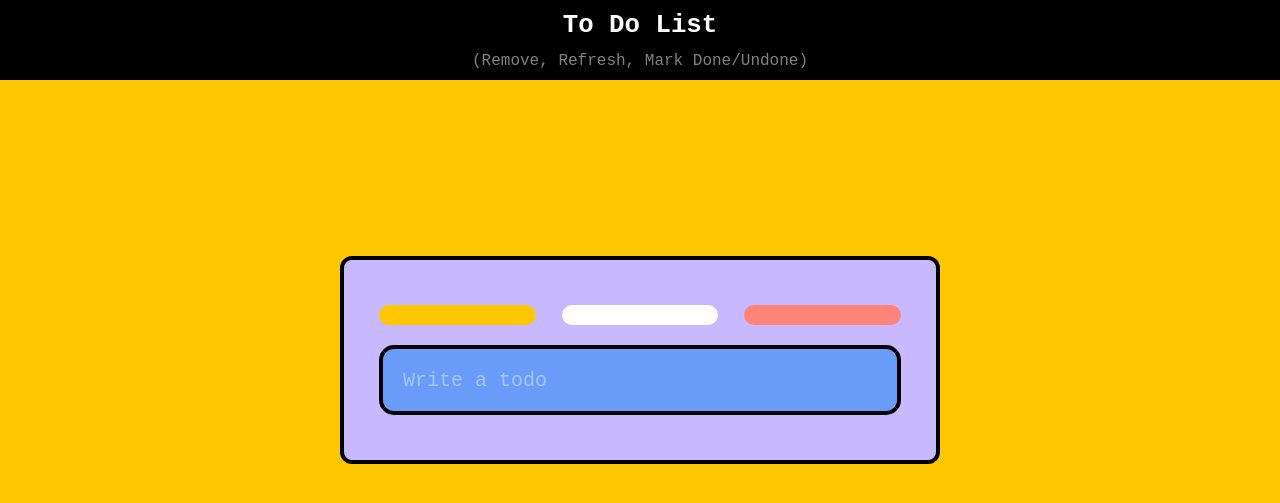
Repository: ThisIsSahaj/Js-Projects
Page: ToDoList/index.html
The author's editor kept a copy of each file at every save. The page is drawn from the files as they stood at one save, then again after the next save.
The browser window is 1280 px wide. The pictures show the whole page.

Above is the page before, as saved 2024-04-24 09:58:43.

### ToDoList/index.html
<!DOCTYPE html>
<html lang="en">
<head>
    <meta charset="UTF-8">
    <meta http-equiv="X-UA-Compatible" content="IE=edge">
    <meta name="viewport" content="width=device-width, initial-scale=1.0">
    <title>To Do List</title>
    <link rel="stylesheet" href="style.css">
    <link rel="stylesheet" href="https://cdnjs.cloudflare.com/ajax/libs/font-awesome/6.0.0/css/all.min.css" integrity="sha512-9usAa10IRO0HhonpyAIVpjrylPvoDwiPUiKdWk5t3PyolY1cOd4DSE0Ga+ri4AuTroPR5aQvXU9xC6qOPnzFeg==" crossorigin="anonymous" referrerpolicy="no-referrer" />

</head>
<body>
    <div class="header">
       <h3>To Do List</h3>
        <p>(Remove, Refresh, Mark Done/Undone)</p>

    </div>
    <div class="box">
        <div class="ui" style="display: flex; justify-content: space-between;">

            <span style=" background-color: #FFC700; "></span>
            <span style=" background-color: white; " ></span>
            <span style=" background-color: #FF8477; " ></span>
        </div>
            <input type="text" placeholder="Write a todo" >
            <ul class="todoBox">

            </ul>

    </div>
</body>

<script src="script.js"></script>
</html>

### ToDoList/style.css
*{
    margin: 0;
    padding: 0;
    box-sizing: border-box;
    outline: none;
}

body{
    /* background-color: #000; */
    background-color: #FFC700;
    display: flex;
    flex-wrap: wrap;
    font-family: monospace;
}

.header{
    width: 100%;
    height: 80px;
    background-color: black;
    color: white;
    display: flex;
    flex-direction: column;
    align-items: center;
    justify-content: center;
    font-family: monospace;
    font-size: 22px;
    gap: 12px;
    /* border: 2px solid blue; */
}

.header p {
    color: grey;
    font-size: 16px;
}



.box{
    /* border: 2px solid red; */
    /* background-color: #C6B9FF;
    margin-top: 50px;
    width: 100%;
    display: flex;
    justify-content: center;
    align-items: center;
    flex-direction: column; */

    width: 600px;
    padding: 25px 35px;
    position: absolute;
    top: 50%;
    left: 50%;
    transform: translate(-50%,-50%);
    background-color: #C8B8FF;
    border: 4px solid black;
    color: black;
    border-radius: 12px;
    font-weight: bold;
}

.box span{
    border-radius: 10px;
    width: 30%;
    height: 20px;
    margin: 20px 0px;
    background-color: white;
}


input{
    width: 100%;
    height: 70px;
    border-radius: 15px;
    color: black;
    padding: 20px;
    font-size: 20px;
    font-family: monospace;
    background-color: #699CF8;
    border: 4px solid black;

}
::placeholder {
    color: white;
    opacity: 0.4;
  }


.todoBox{
    /* border: 2px solid red; */
    margin-top: 20px;
    list-style: none;
    width: 100%;
}



.todoBox li {
    position: relative;
    /* background-color: rgb(34, 34, 34); */
    background-color: white;
    color: black;
    /* box-shadow: 0px 3px 6px rgba(0, 0, 0, 0.05), 0px 8px 15px rgba(0, 0, 0, 0.1), 0 0 0 1px rgba(255, 255, 255, 0.1); */
    padding: 20px;
    border-radius: 15px;
    border: 3px solid black;



    /* transition: box-shadow 0.25s; */
    /* width: 100%; */
    /* height: 50px; */
    margin: 20px 0px;

    font-size: 16px;
    /* font-family: monospace; */
    padding-right: 45px;
    text-align: justify;
    user-select: none;

}

.todoBox li i {
    /* color: rgb(142, 142, 142); */
    color: #FF8477;
    -webkit-text-stroke: 0.5px #FF8477 ;
    position: absolute;
    right: 20px;
    cursor: pointer;
    /* top: 50%; */
    top: 20px;

}

.done{
    text-decoration: line-through;
    color: grey !important;

}

### ToDoList/script.js
const input = document.querySelector('input');
const todoBox = document.querySelector('.todoBox');



// ✅ LOCAL STORAGE
const updateLS = () => {
    const taskValue = document.querySelectorAll('li');

    const tasks = [];

    taskValue.forEach((curEle) => {
        return tasks.push(curEle.textContent.trim());
    });

    localStorage.setItem('tasks', JSON.stringify(tasks));
}




// ✅ ADD TASK
const addTask = (text) => {
    const task = document.createElement('li');

    const htmlData =
        ` <p>${text}</p>

          <i class="delete fa-regular fa-circle-xmark"></i> `
    task.insertAdjacentHTML('afterbegin', htmlData);
    todoBox.appendChild(task);


    // ✅ DELETE TASK
    const deleteBtn = task.querySelector('i');
    deleteBtn.addEventListener('click', ()=>{
    task.remove();
    updateLS();
    })


    // ✅ Mark a task DONE/UNDONE
    task.addEventListener('click', ()=>{
        task.classList.toggle('done');
    })
}





// ✅ GET THE INPUT
input.addEventListener('keyup', (event)=>{

    // to know which key is being pressed
   // console.log(event.key);

  if (event.key == 'Enter') {

    // to get the value written in input
    // console.log(input.value);

      addTask(input.value);
      updateLS();

      //to clear the value written in input after ENTER
      input.value = "";

    }
})






// ✅ GETTING DATA BACK FROM LOCAL SOTRAGE
const taskAvailable = JSON.parse(localStorage.getItem('tasks'));

if(taskAvailable)
{
    taskAvailable.forEach((curTask) =>
    {
        addTask(curTask);
    })};

After the next save:
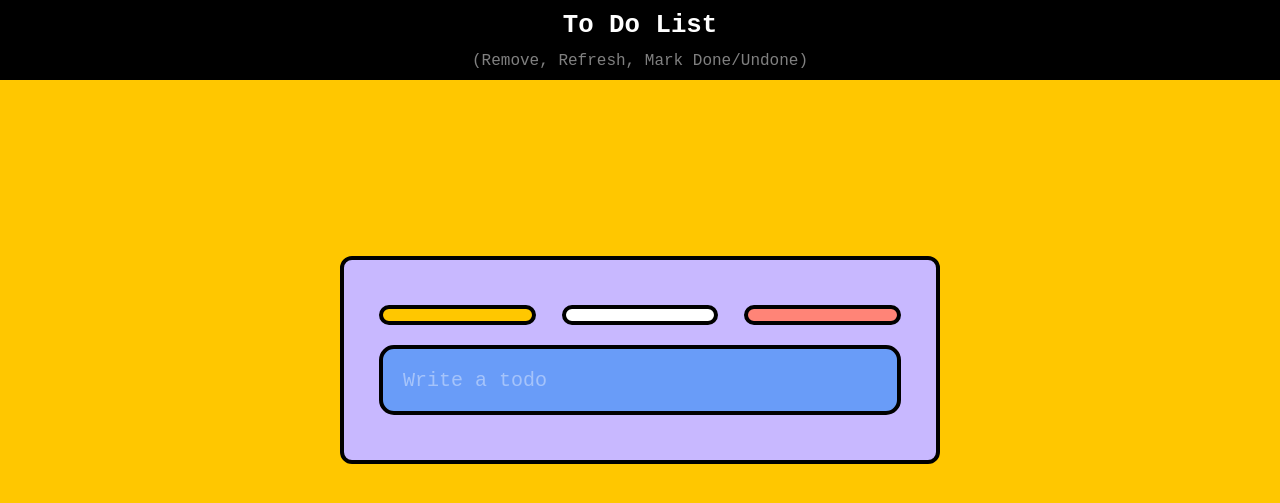
Saved 19 s later.
--- a/ToDoList/style.css
+++ b/ToDoList/style.css
@@ -64,6 +64,7 @@ body{
     height: 20px;
     margin: 20px 0px;
     background-color: white;
+    border: 4px solid black;
 }
 
 
